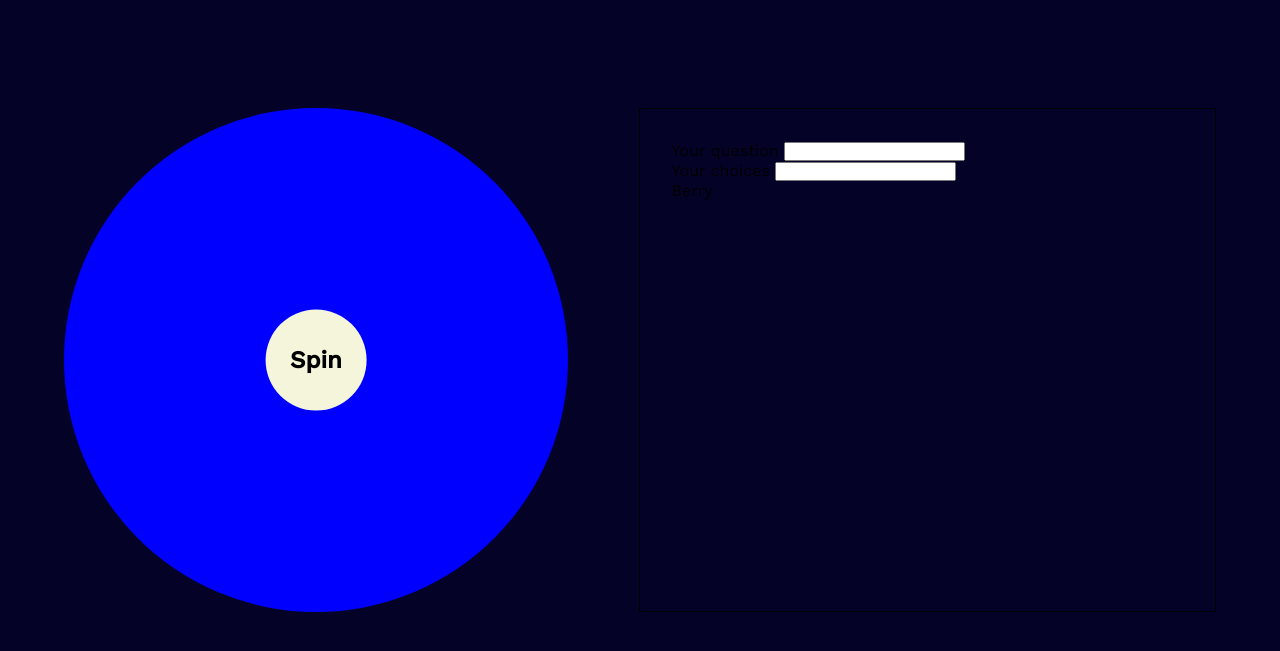
Repository: emiliaiwu/choice_wheel_spinner
Page: index.html
An editor plug-in stored every save of this project. The page is shown before and after a run of saves, followed by the edit.
The browser window is 1280 px wide. The pictures show the whole page.

Above is the page before, as saved 2023-01-09 23:34:37.

After the next 2 saves:
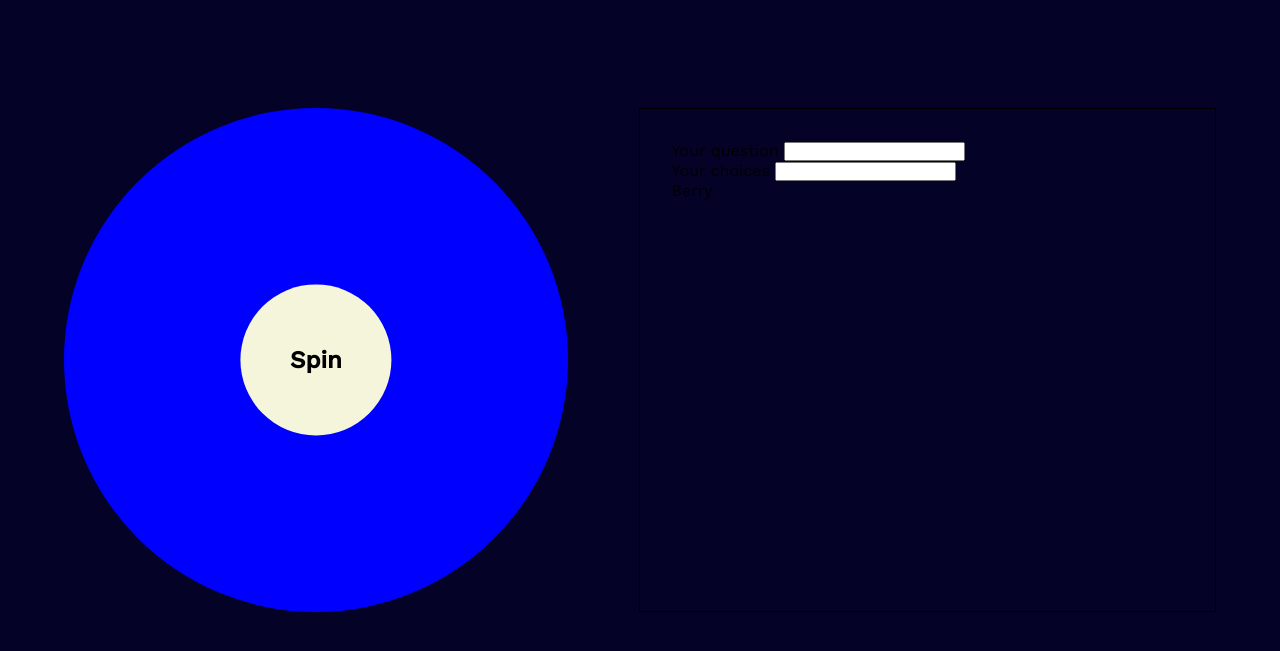
The 2 saves are shown as one change because they came seconds apart.
The last was saved 10 s later.
--- a/style.css
+++ b/style.css
@@ -43,8 +43,8 @@
 }
 
 .spin {
-    width: 20%;
-    height: 20%;
+    width: 30%;
+    height: 30%;
     background-color: beige;
     position: absolute;
     border-radius: 50%;
